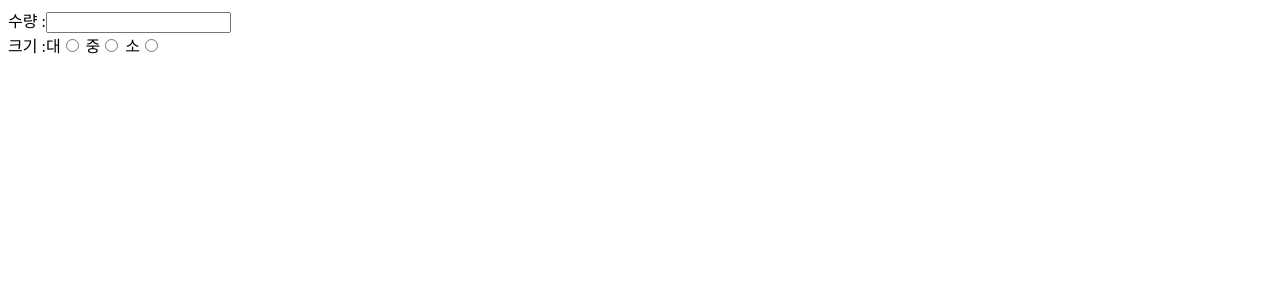
Repository: chanhooop/JSP
Page: http://localhost/NewJSP/cart_01.jsp
These files come from the project's save history. The page is drawn as it stood at one moment and after the next save; the edit follows.
The browser window is 1280 px wide. The pictures show the whole page.
The page is served by Tomcat 9.

Above is the page before, as saved 2021-05-07 03:47:26.

After the next save:
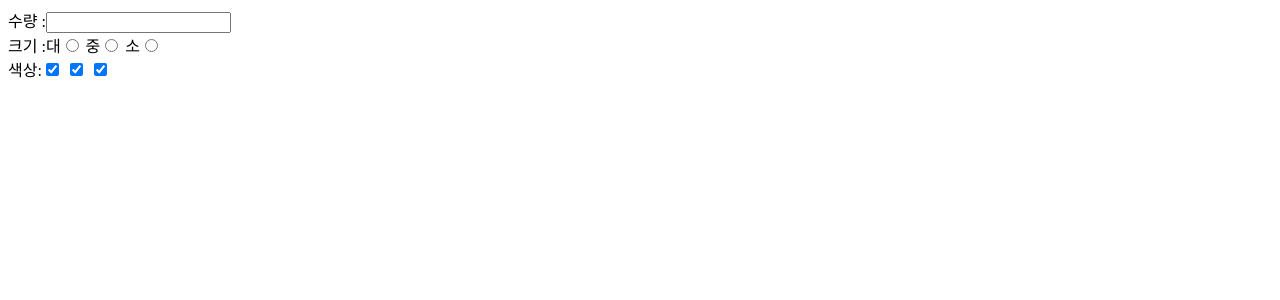
Saved 117 s later.
--- a/NewJSP/src/main/webapp/cart_01.jsp
+++ b/NewJSP/src/main/webapp/cart_01.jsp
@@ -12,7 +12,10 @@
 		수량 :<input type="text" name="count"> <br>
 		크기 :대<input type="radio" name="size" value="대">
 		중<input type="radio" name="size" value="중">
-		소<input type="radio" name="size" value="소">
+		소<input type="radio" name="size" value="소"> <br>
+		색상:<input type="checkbox" name="color" value="베이지" checked="checked" >
+		<input type="checkbox" name="color" value="브라운" checked="checked" >
+		<input type="checkbox" name="color" value="카키" checked="checked" >
 
 	</form>
 
